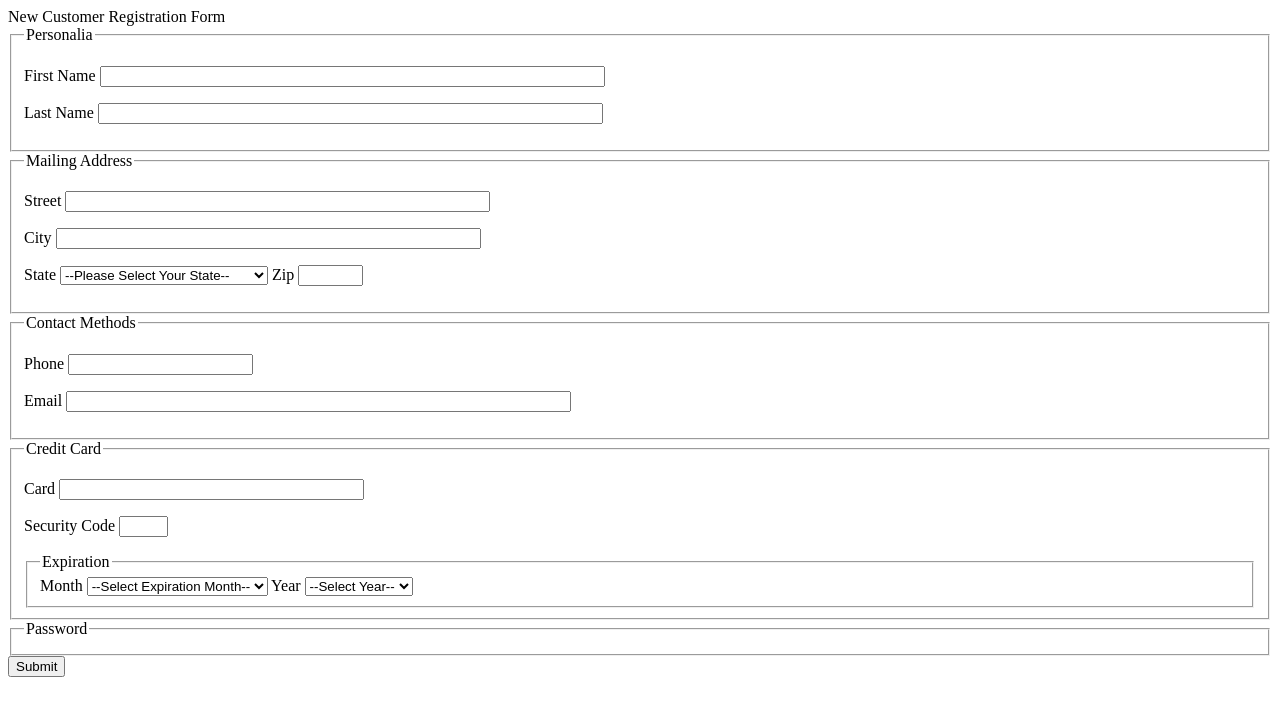
Repository: banjilawal/htdocs
Page: http://localhost/controls/new_customer-form.php
An editor plug-in stored every save of this project. The page is shown before and after the next save, followed by the edit.
The browser window is 1280 px wide. The pictures show the whole page.
The page is run by PHP 8.4 with error messages shown; the project is at /var/www/html/.

Above is the page before, as saved 2022-03-26 23:58:25.

After the next save:
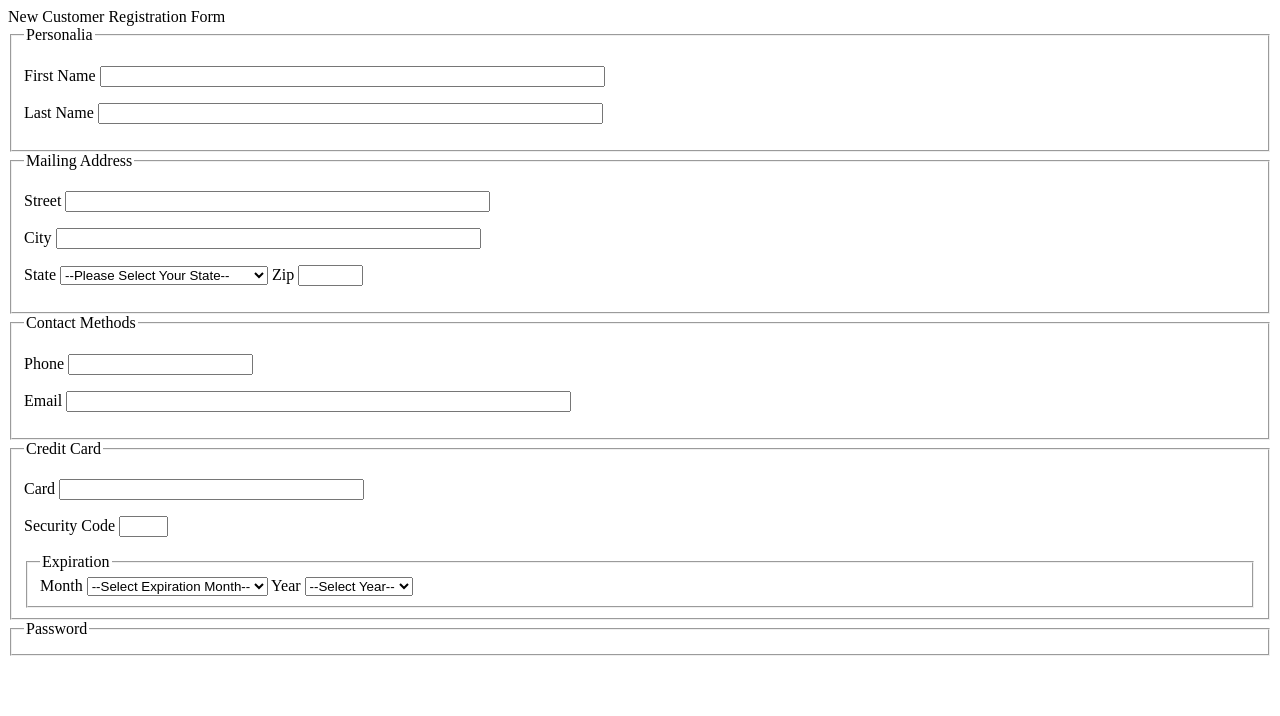
Saved 6 s later.
--- a/shop-0.01/controls/new_customer-form.php
+++ b/shop-0.01/controls/new_customer-form.php
@@ -178,7 +178,7 @@
         </fieldset>
 
         <fieldset><legend>Password</legend>
-            <label for=>
+            <label for="password>
 
         </fieldset>
 

After the save that followed:
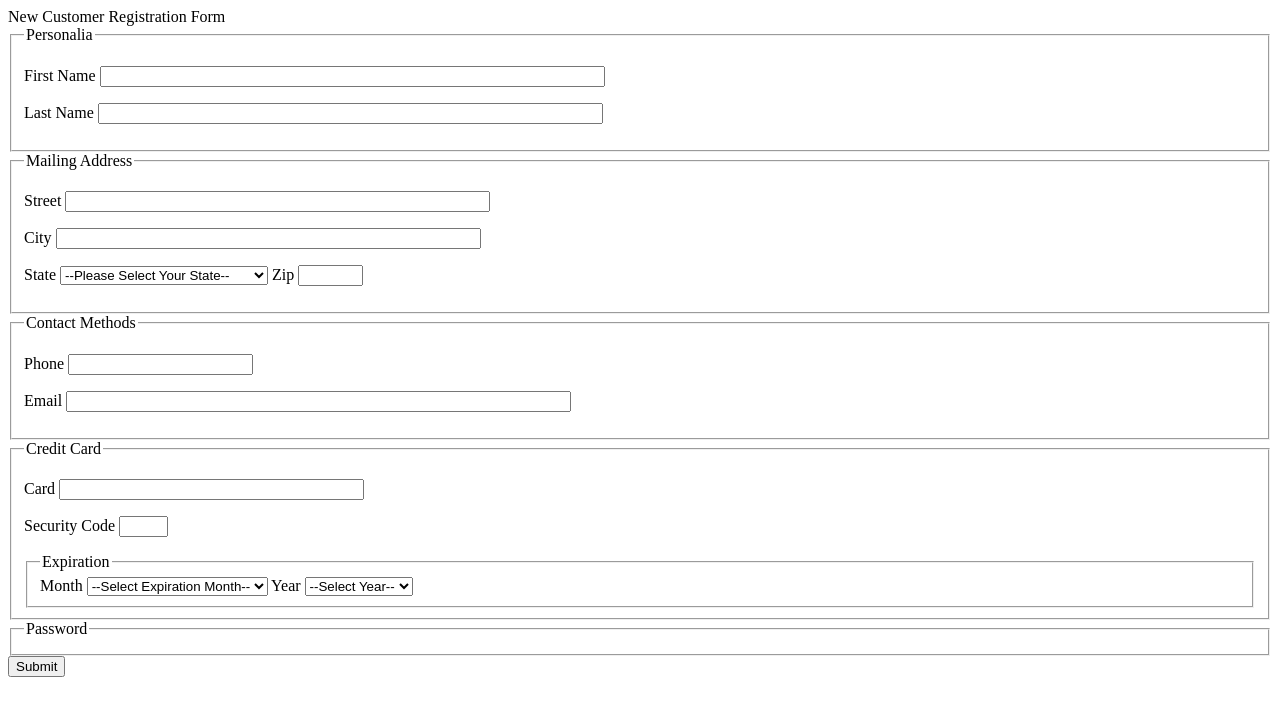
Saved 1 s later.
--- a/shop-0.01/controls/new_customer-form.php
+++ b/shop-0.01/controls/new_customer-form.php
@@ -178,7 +178,7 @@
         </fieldset>
 
         <fieldset><legend>Password</legend>
-            <label for="password>
+            <label for="password">
 
         </fieldset>
 
